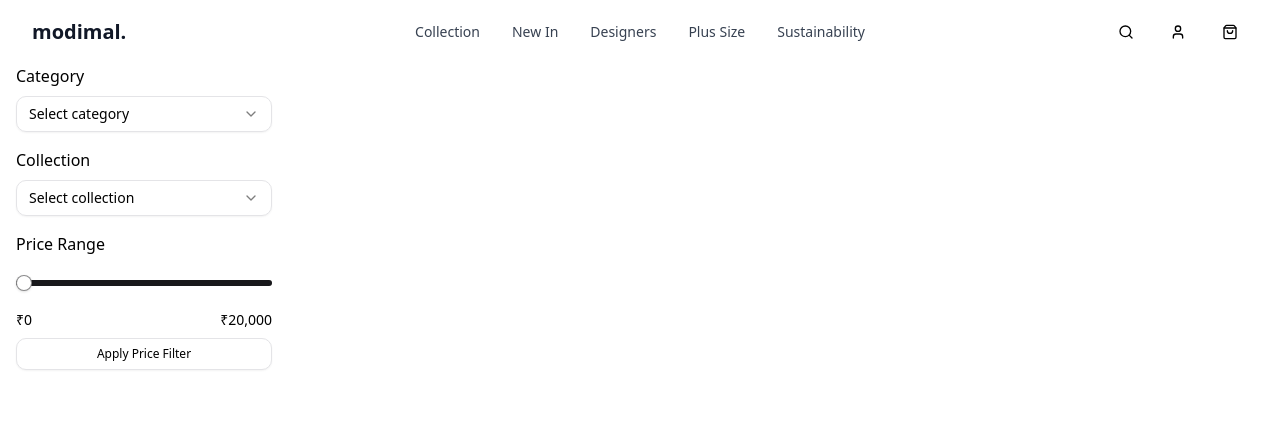
Repository: anasmubashar/Chic-Store
Page: /products (app in client/)
These files come from the project's save history. The page is drawn as it stood at one moment and after the next save; the edit follows.
The browser window is 1280 px wide. The pictures show the whole page.
The page's requests for data from a server got no answer. The project was rebuilt for these pictures with package versions that can differ from the ones it lists, and the page was loaded fresh each time. No one was signed in, and anything a server would have sent is missing. Also part of the build but not shown: client/vite.config.js, client/src/pages/Auth.jsx, client/src/layout/Footer.tsx, client/src/components/Customer/Home/Hero.tsx, client/src/components/ui/card.tsx, client/src/components/Customer/Home/BestSellers.tsx, client/src/components/ui/aspect-ratio.tsx, client/src/components/Customer/Home/Collection.tsx and 8 more. Imported but missing from the stored project, and not drawn on this page: client/src/components/ui/input.

Above is the page before, as saved 2024-12-04 03:22:50.

After the next save:
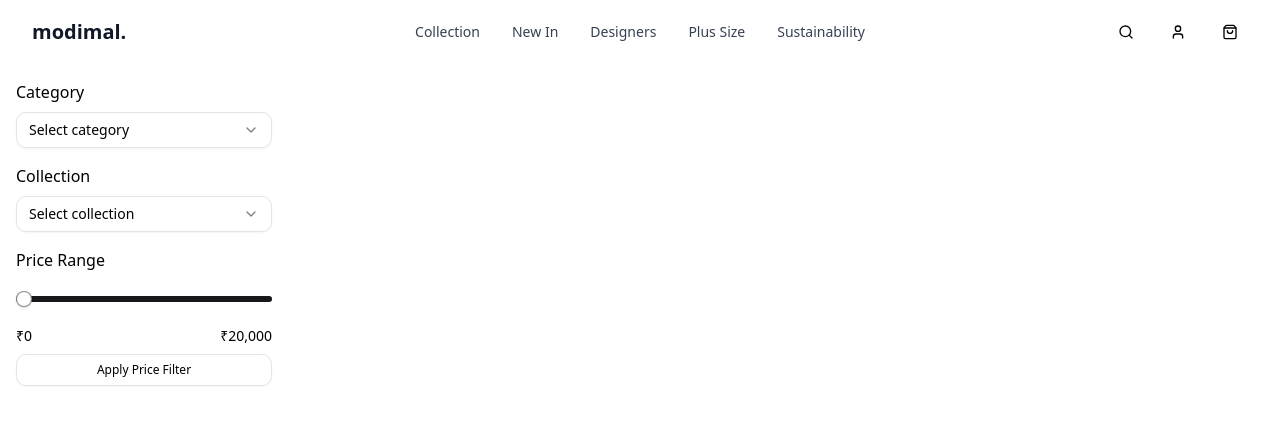
Saved 13 s later.
--- a/client/src/pages/customer/ProductsPage.tsx
+++ b/client/src/pages/customer/ProductsPage.tsx
@@ -28,7 +28,7 @@ export default function ProductsPage() {
   return (
     <>
       <Header />
-      <div className="container mx-auto px-4 py-8 pt-16">
+      <div className="container mx-auto px-4 py-8 pt-20">
         <div className="flex gap-8">
           <aside className="w-64 shrink-0">
             <ProductFilters onFilterChange={fetchProducts} />
